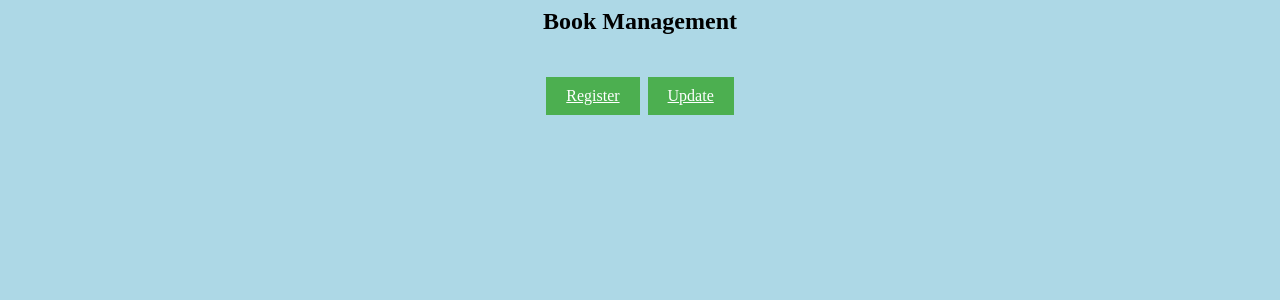
Repository: Chandu8397/hibernate
Page: http://localhost/assignments/
These files come from the project's save history. The page is drawn as it stood at one moment and after the next save; the edit follows.
The browser window is 1280 px wide. The pictures show the whole page.
The page is served by Tomcat 9.

Above is the page before, as saved 2024-12-04 10:12:25.

After the next save:
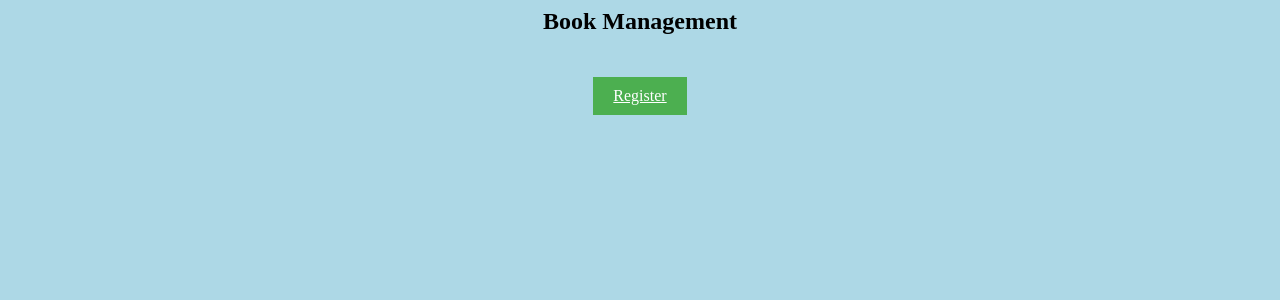
Saved 24 h 9 min later.
--- a/assignments/src/main/webapp/index.jsp
+++ b/assignments/src/main/webapp/index.jsp
@@ -23,7 +23,6 @@
 
 <br>
 <a href="Book.html" class="button" >Register</a>
-<a href="manipulation.jsp" class="button">Update</a>
 
 </body>
 </html>
